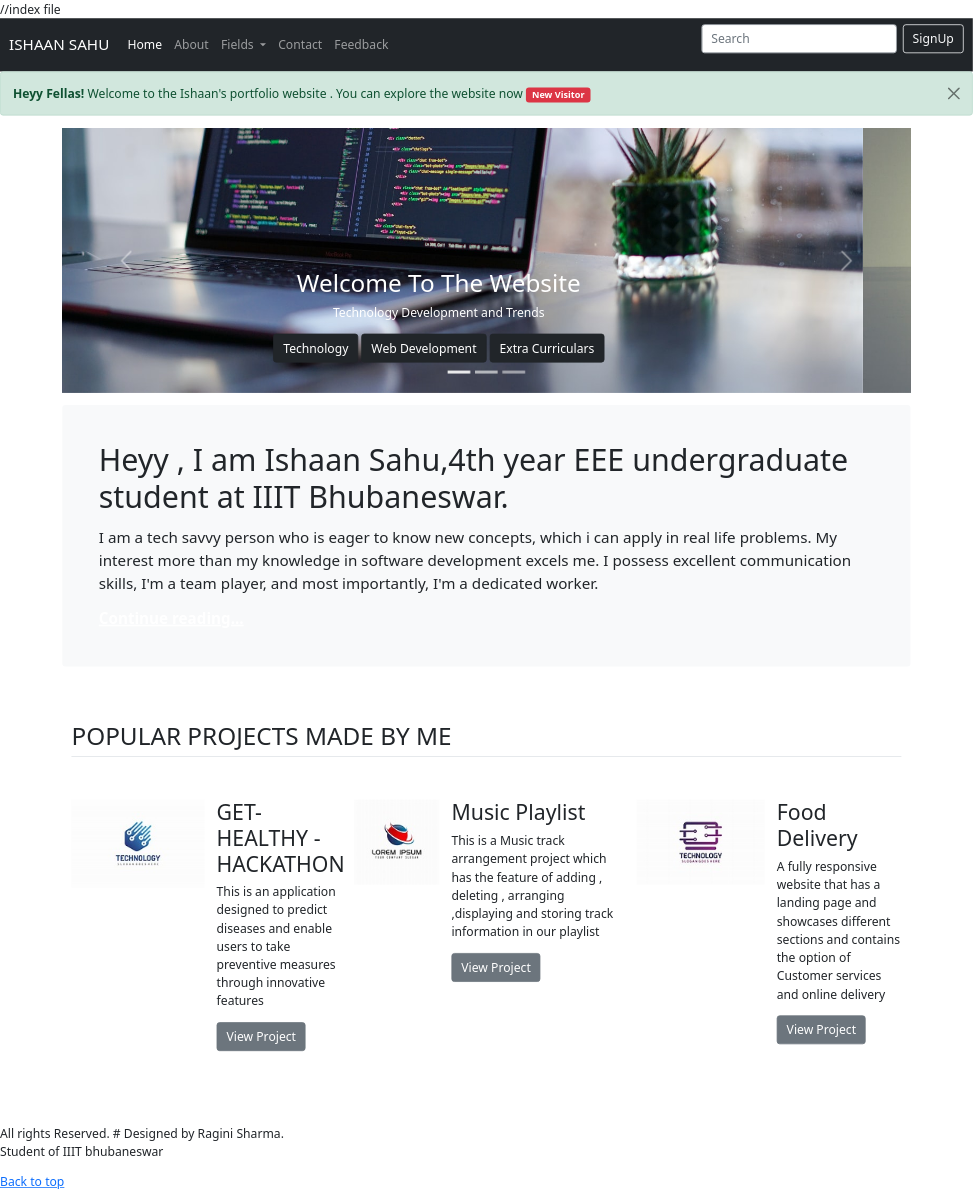
Repository: ishaan51551/Ishaan-s-Portfolio-
Page: index.html
An editor plug-in stored every save of this project. The page is shown before and after the next save, followed by the edit.
The browser window is 1280 px wide. The pictures show the whole page, at 76% of full size.

Above is the page before, as saved 2023-09-13 01:29:20.

After the next save:
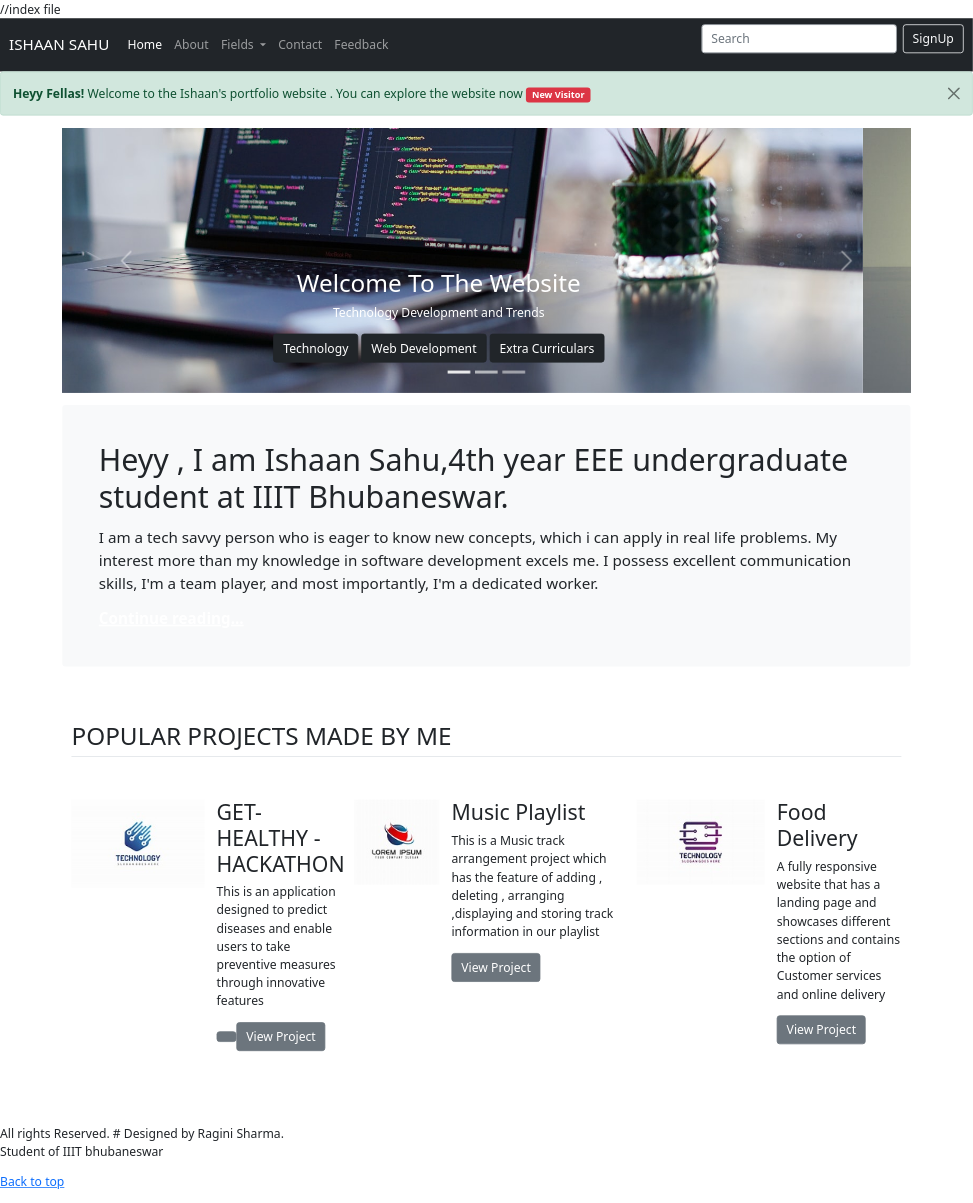
Saved 6 s later.
--- a/index.html
+++ b/index.html
@@ -195,6 +195,7 @@
           <h3>GET-HEALTHY - HACKATHON </h3>
           <p>This is an application designed to predict diseases and enable users to take preventive measures through innovative features</p>
           <a href="https://github.com/ishaan51551/Get-Healthy.git" class="btn btn-secondary">
+          <a href="https://github.com/ishaan51551/Get-Healthy.git" class="btn btn-secondary">
 
             View Project
           </a>
